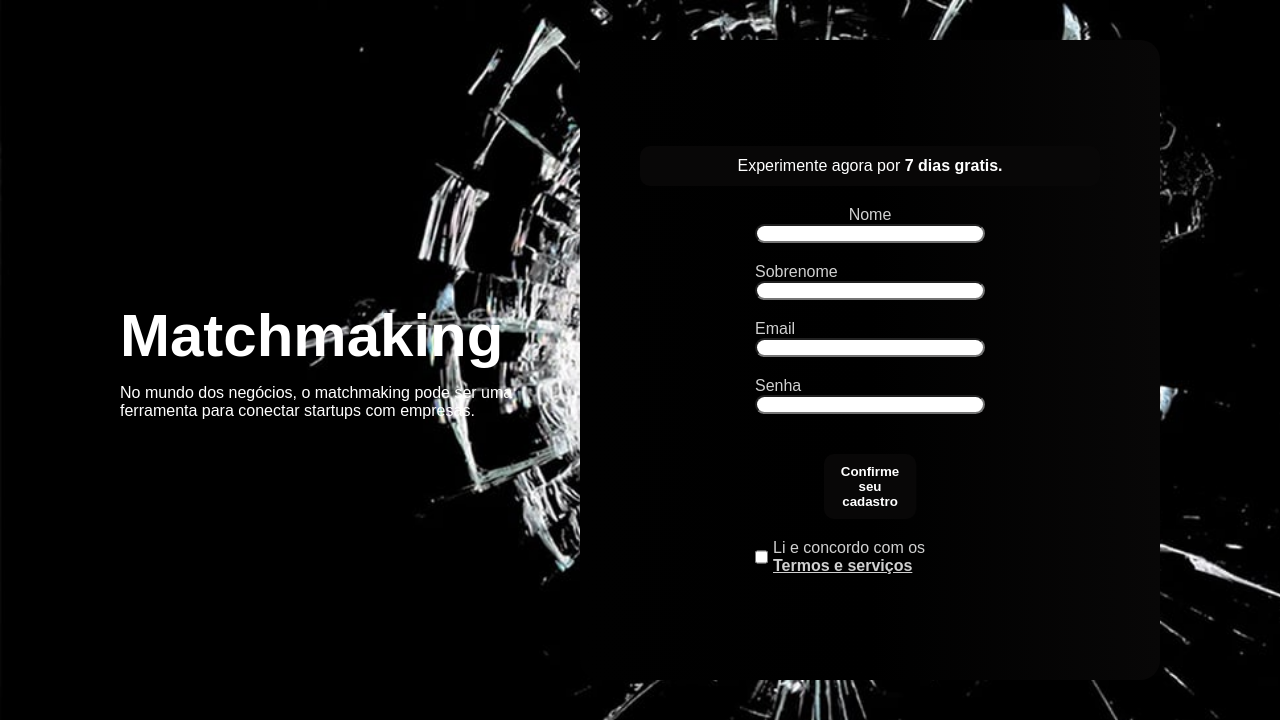
Repository: analessp/tela-login
Page: index.html
The author's editor kept a copy of each file at every save. The page is drawn from the files as they stood at one save, then again after the next save.
The browser window is 1280 px wide. The pictures show the whole page.
Some web fonts or font styles are not loaded; a fallback is used.

Above is the page before, as saved 2025-04-16 12:13:27.

### index.html
<!DOCTYPE html>
<html lang="pt-br">
  <head>
    <meta charset="UTF-8" />
    <meta name="viewport" content="width=device-width, initial-scale=1.0" />
    <title>Tela de Login</title>
    <link rel="stylesheet" href="style.css" />
    <link rel="preconnect" href="https://fonts.googleapis.com" />
    <link rel="preconnect" href="https://fonts.gstatic.com" crossorigin />
    <link href="https://fonts.googleapis.com/css2?family=Nunito:ital,wght@0,200..1000;1,200..1000&family=Special+Gothic&display=swap" rel="stylesheet" />
  </head>
  <body>
    <main>
      <div class="container-left">
        <h1>Matchmaking</h1>
        <p>No mundo dos negócios, o matchmaking pode ser uma ferramenta para conectar startups com empresas.</p>
      </div>
      <div class="container-right">
        <a href="#" class="teste-gratis">
          <p>Experimente agora por <b>7 dias gratis.</b></p>
        </a>
        <div class="forms">
          <form>

            <div class="forms__info">
              <label for="name">
                <p>Nome</p>
                <input id="name" type="text" />
              </label>
            </div>
            <div>
                <label for="lastname">
                    <p>Sobrenome</p>
                    <input id="lastname" type="text" />
                </label>
            </div>

            <div>
                <label for="email">
                    <p>Email</p>
                    <input id="email" type="email" />
                </label>
            </div>

            <div>
                <label for="password">
                    <p>Senha</p>
                    <input id="password" type="password" />
                </label>
            </div>

            <button type="submit">
                <p>Confirme seu cadastro</p>
            </button>
            <div class="terms">
                <input type="checkbox">
                <p>
                    Li e concordo com os <a href="#">Termos e serviços</a>
                </p>
            </div>
          </form>
        </div>
      </div>
    </main
  </body>
</html>

### style.css
* {
    margin: 0;
    padding: 0;
    box-sizing: border-box;
    width: 100%;
    font-family: "Special Gothic", sans-serif;
}

main {
    display: flex;
    background-image: url("./assets/background.jpg");
    background-repeat: no-repeat center center;
    background-size: cover;
    display: flex;
    height: 100vh;
    z-index: 0;
    padding: 40px 120px;
}

&::after {
    content: "";
    background: #1e130c;
    position: absolute;
    top: 0;
    left: 0;
    opacity: 0.9;
    width: 100%;
    height: 100%;
    z-index: -1;
}

.container-left {
    color: white;
    display: flex;
    justify-content: center;
    flex-direction: column;
    gap: 14px;
}

.container-left h1 {
    font-size: 60px;

    &:hover::after{
        cursor: pointer;
        content: "";
        position: absolute;
        bottom: 350px;
        left: 120px;
        background-color: #d0d0d0;
        height: 4px;
        width: 420px;
        transition-duration: 800ms;
        animation-name: left-to-right;
        animation-duration: 620ms;
        animation-iteration-count: 1;
        }
}

.container-right {
    display: flex;
    background: #080707;
    background: linear-gradient(90deg, rgb(1, 1, 1) 0%, rgb(0, 0, 0) 50%, rgba(8, 7, 7, 1) 100%);
    flex-direction: column;
    justify-content: center;
    align-items: center;
    padding: 0 60px;
    border-radius: 20px;
}

.teste-gratis {
    display: flex;
    justify-content: center;
    align-items: center;
    text-align: center;
    width: 460px;
    height: 40px;
    background-color: #080707;
    text-decoration: none;
    color: white;
    border-radius: 10px;
    margin-bottom: 20px;

    &:hover {
        transform: scale(1.1);
    }
}

.teste-gratis p{
text-align: center;
}

.forms {
    width: 50%;
}

.forms form {
    display: flex;
    flex-direction: column;
    gap: 20px;
    color: #d0d0d0;
}

.forms__info {
    text-align: center;
}

.forms input {
    border-radius: 20px;
    width: 100%;
}

.forms button {
    cursor: pointer;
    margin-top: 20px;
    border-radius: 10px;
    padding: 10px 15px;
    background-color: #080707;
    color: #fff;
    width: 40%;
    align-self: center;
    border: 0px;
    box-shadow: 1px 0.2px 0.5px #030303;
    font-weight: 580;
    transition-duration: 500ms;

    &:hover {
        transform: translate(300px)
    }
}

.terms {
    display: flex;
    justify-content: center;
    gap: 5px;
}

.terms input {
    width: fit-content;

}

.terms p{
    width: 100%;
}

.terms p a{
    width: fit-content;
    color: #d0d0d0;
    font-weight: 900;
}

@keyframes left-to-right {
0% {
    width: 0;
}
100% {
    width: 400px;
}
}

After the next save:
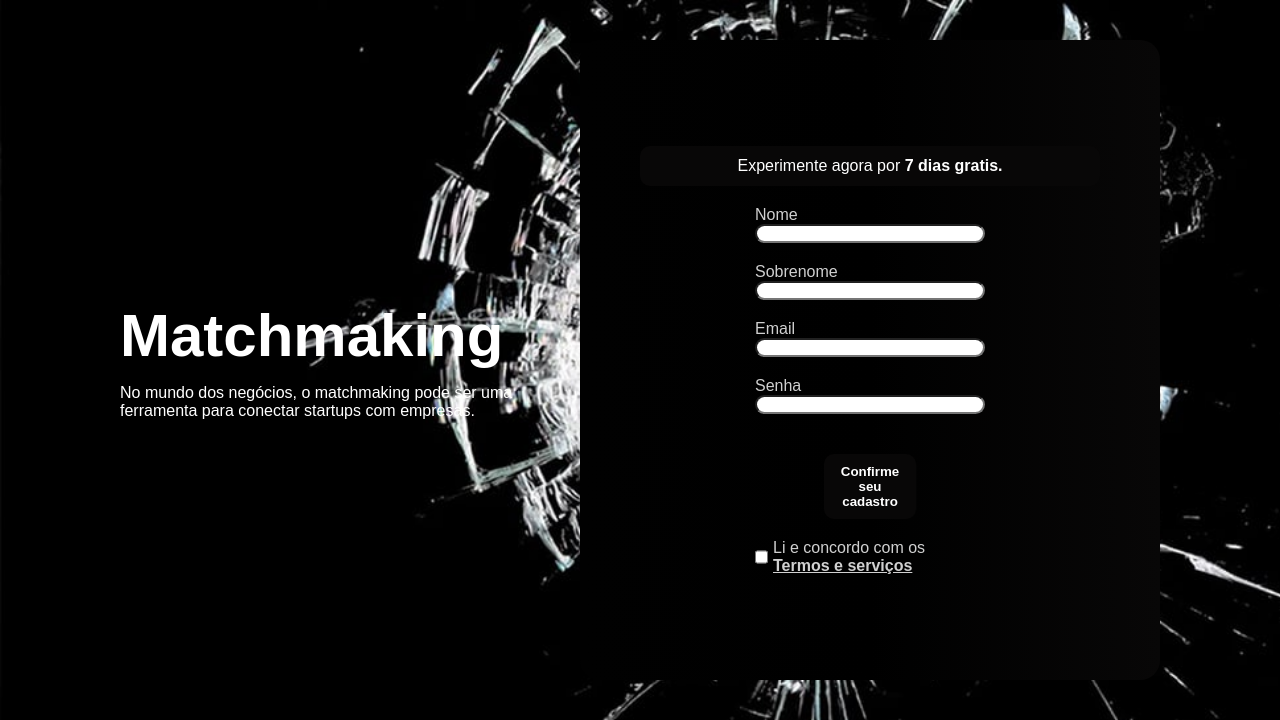
Saved 33 s later.
--- a/style.css
+++ b/style.css
@@ -100,10 +100,6 @@ text-align: center;
     color: #d0d0d0;
 }
 
-.forms__info {
-    text-align: center;
-}
-
 .forms input {
     border-radius: 20px;
     width: 100%;
